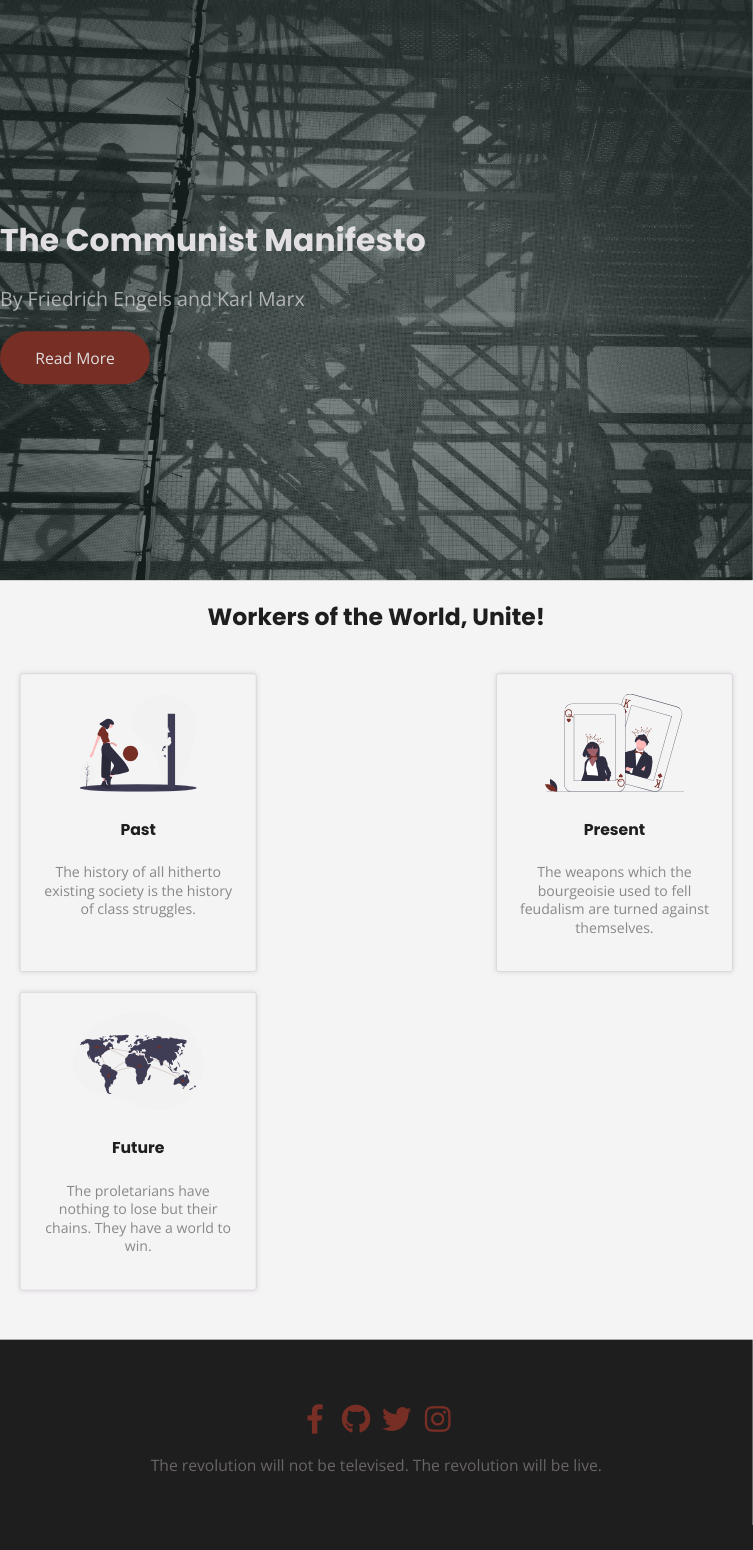
Repository: eaang/landing
Page: index.html
The author's editor kept a copy of each file at every save. The page is drawn from the files as they stood at one save, then again after the next save.
The browser window is 768 px wide. The pictures show the whole page, at 98% of full size.
Some web libraries are served in a nearby version.

Above is the page before, as saved 2020-06-10 16:53:22.

After the next save:
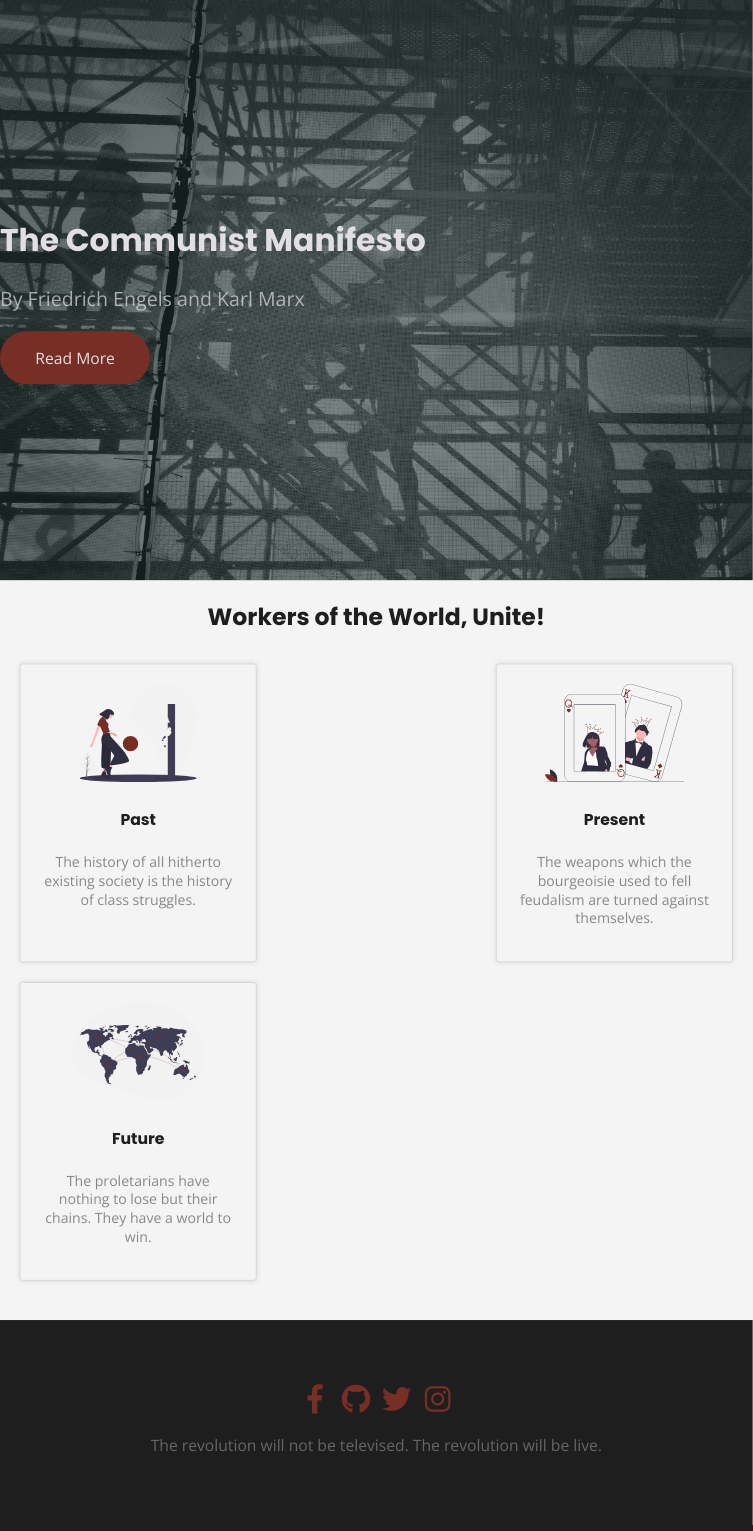
Saved 33 s later.
--- a/css/style.css
+++ b/css/style.css
@@ -122,7 +122,7 @@ a {
 @media only screen and (max-width: 1000px) {
   .cards {
     display: flex;
-    padding: 10px;
+    padding: 0px 10px 0px 10px;
   }
   .card {
     margin: 10px;
